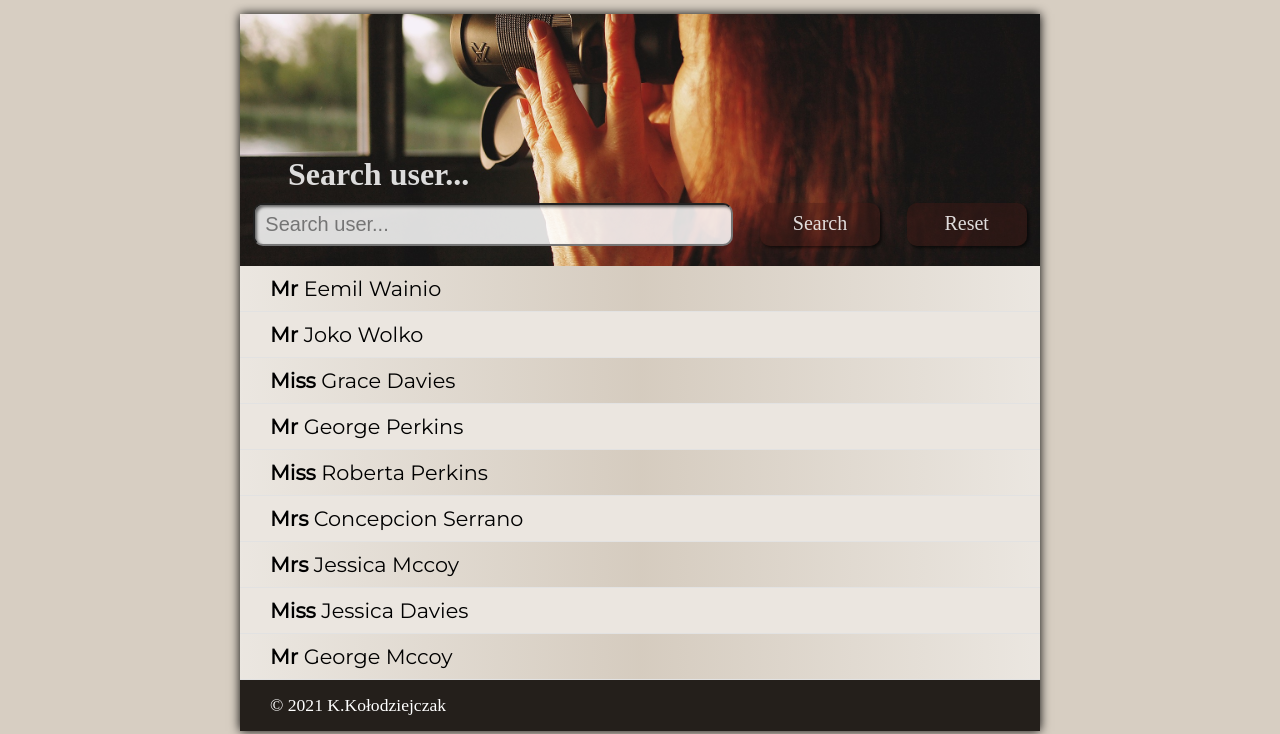
Repository: KrzysKolo/sr_tydzien5_zad4
Page: /
The author's editor kept a copy of each file at every save. The page is drawn from the files as they stood at one save, then again after a run of saves.
The browser window is 1280 px wide. The pictures show the whole page.
Some web fonts or font styles are not loaded; a fallback is used. The project was rebuilt for these pictures with package versions that can differ from the ones it lists, and the page was loaded fresh each time. Also part of the build but not shown: src/components/userContainerComponents/Error.js.

Above is the page before, as saved 2021-01-04 19:41:54.

### public/index.html
<!DOCTYPE html>
<html lang="en">
  <head>
    <meta charset="utf-8" />
    <link rel="icon" href="%PUBLIC_URL%/favicon.ico" />
    <meta name="viewport" content="width=device-width, initial-scale=1" />
    <meta name="theme-color" content="#000000" />
    <meta
      name="description"
      content="Web site created using create-react-app"
    />
    <link rel="apple-touch-icon" href="%PUBLIC_URL%/logo192.png" />
    <!--
      manifest.json provides metadata used when your web app is installed on a
      user's mobile device or desktop. See https://developers.google.com/web/fundamentals/web-app-manifest/
    -->
    <link rel="manifest" href="%PUBLIC_URL%/manifest.json" />
    <!--
      Notice the use of %PUBLIC_URL% in the tags above.
      It will be replaced with the URL of the `public` folder during the build.
      Only files inside the `public` folder can be referenced from the HTML.

      Unlike "/favicon.ico" or "favicon.ico", "%PUBLIC_URL%/favicon.ico" will
      work correctly both with client-side routing and a non-root public URL.
      Learn how to configure a non-root public URL by running `npm run build`.
    -->
    <link rel="preconnect" href="https://fonts.gstatic.com">
<link href="https://fonts.googleapis.com/css2?family=Finger+Paint&family=Montserrat&family=Over+the+Rainbow&family=Peralta&display=swap" rel="stylesheet">
    <title>User search</title>
  </head>
  <body>
    <noscript>You need to enable JavaScript to run this app.</noscript>
    <div id="root"></div>
    <!--
      This HTML file is a template.
      If you open it directly in the browser, you will see an empty page.

      You can add webfonts, meta tags, or analytics to this file.
      The build step will place the bundled scripts into the <body> tag.

      To begin the development, run `npm start` or `yarn start`.
      To create a production bundle, use `npm run build` or `yarn build`.
    -->
  </body>
</html>

### src/App.js
import React from 'react';
import UsersContainer from './components/UsersContainer';
import './App.css';


const App = () => {

  return (
    <>
      <UsersContainer/>
    </>
  )
}

export default App;

### src/components/UsersContainer.js
import React, { useState, useEffect } from 'react';
import { Header, UserList, Footer, Error } from './userContainerComponents/'


const UsersContainer = () => {

  const UsersAPI = '/users.json';

  const [ users, setUsers ] = useState([]);
  const [loading, setLoading] = useState(false);
  const [isErr, setIsErr] = useState(false);
  const [search, setSearch] = useState("");
  const [filter, setFilter] = useState([]);


  const handleChange = (e) => {
      const value = e.target.value.toLowerCase();
      setSearch(value);
      console.log(value);
    };

    const handleSubmit = (e) => {
        console.log("klikm ;)");
      e.preventDefault();
      if (search !== "") {
      console.log(`sent ${search}`);
      } else {
        setIsErr("Enter username!!");
      }
      };

    const handleReset = () => {
      setSearch('');
    };

  useEffect(() => {
    setLoading(true);
    fetch(UsersAPI)
    .then(res => {
      if (res.ok) {
        return res;
      }
      throw Error(res.status);
    })
      .then(res => res.json())
      .then(data => {
        console.log(data.users);
        setUsers(data.users);
        setLoading(false);
      })
      .catch(error => setIsErr(`The problem is with: ${error}`))
    }, []);

  /*  useEffect(() => {
      setFilteredUsers(
        users.filter((user) =>
          user.name.toLowerCase().includes(search.toLowerCase())
        )
      );
    }, [search, users]);
 */
   return (
        <section>
					<Header handleChange={handleChange} handleSubmit={handleSubmit} handleReset={handleReset} search={search} />
          <UserList loading={loading} users={users}  />
          { isErr && <Error isErr={isErr}/> }
          <Footer />
        </section>
    )
}

export default UsersContainer;

### src/App.css
* {
  box-sizing: border-box;
  padding: 0;
  margin: 0;
}
body {
  height: 100vh;
  width: 100vw;
  background-color: rgba(206, 194, 179, 0.8);
}
section {
  margin: 2vh auto;
  width: 70%;
  max-width: 800px;
  display: flex;
  flex-direction: column;
  box-shadow: 0 0 10px #000;
}
.header__section {
  height: 35vh;
  background-image: url("./images/girl.jpg");
  background-position: center;
  background-size: cover;
  display: flex;
  flex-direction: column;
  justify-content: flex-end;
}
.header__title {
  font-size: 2rem;
  font-family: "Peralta", cursive;
  margin: 0 auto 10px 3rem;
  color: rgba(255, 255, 255, 0.85);
}
.header__search-wrapper {
  width: 100%;
  margin-bottom: 20px;
  display: flex;
  justify-content: space-around;
}
.header__search {
  padding: 8px 10px;
  width: 60%;
  border-radius: 10px;
  background-color: rgba(255, 255, 255, 0.85);
  box-shadow: inset 2px 2px 3px 0px rgba(0, 0, 0, 0.55);
  font-size: 20px;
}
.header__search-btn {
  background: rgba(71, 26, 20, 0.4);
  color: rgba(255, 255, 255, 0.85);
  width: 15%;
  border-radius: 10px;
  box-shadow: 2px 2px 3px 0px rgba(0, 0, 0, 0.55);
  font-size: 20px;
  text-align: center;
  line-height: 40px;
  transition: 0.2s all ease;
  cursor: pointer;
}
.header__search-btn:hover {
  background: rgba(65, 28, 24, 1);
}
.user {
  font-size: 1.3rem;
  font-family: "Montserrat", sans-serif;
  padding: 10px 30px;
  list-style: none;
  border-bottom: 1px solid rgb(226, 226, 226);
  background-color: rgba(255, 255, 255, 0.5);
}
.user:nth-child(odd) {
  background: linear-gradient(
    90deg,
    rgba(255, 255, 255, 0.5) 0%,
    rgba(206, 194, 179, 0.2) 50%,
    rgba(255, 255, 255, 0.5) 100%
  );
}
.footer__wrapper {
  background-color: rgb(36, 31, 27);
  color: white;
  font-size: 1.1rem;
  padding: 10px 30px;
  width: 100%;
  height: 7vh;
  display: flex;
  align-items: center;
}
.error {
  color: rgb(195, 1, 4);
  padding: 10px;
  text-align: center;
  font-size: 1.2rem;
}

### src/components/userContainerComponents/index.js
export { default as Footer } from './Footer';
export { default as Header } from './Header';
export { default as UserList } from './UserList';
export { default as Error } from './Error';
export { default as Loading } from './Loading';

### src/components/userContainerComponents/Footer.js
import React from 'react';

const Footer = () => {
    return (
        <div className="footer__wrapper">
           © 2021 K.Kołodziejczak
        </div>
    )
}

export default Footer;

### src/components/userContainerComponents/Header.js
import React from 'react';
import { Button, Input } from './../formComponents/'
const Header = ({ search, handleSubmit, handleChange, handleReset }) => {
   return (
        <div className="header__section">
            <h1 className="header__title">Search user...</h1>
            <form className="header__search-wrapper" onSubmit={handleSubmit}>
                <Input type="text" search={search} onChange={handleChange} />
                <Button values="Search" onClick ={handleSubmit}/>
                <Button values="Reset" onClick={handleReset} />
            </form>
        </div>
    )
}

export default Header;

### src/components/userContainerComponents/UserList.js
import React from 'react';
import Loading from './Loading';

const UserList = ( { loading, users }) => {

    const user = users.map(user => (
        <li className="user" key={user.id}><b>{user.title}</b> {user.first} {user.last}</li>
      ))
    return (
        loading ? <Loading /> : <ul>{user}</ul>
    )
}

export default UserList;

### src/components/userContainerComponents/Loading.js
import React from 'react';
import spinner from './../../images/spinner.gif'
const Loading = () => {
    return (
        <img src={spinner} style={{width: 200, margin: 'auto', display: 'block'}} alt="Loading"/>
     );
}

export default Loading;

### src/components/formComponents/index.js
export { default as Button} from './Button';
export { default as Input } from './Input';

### src/components/formComponents/Button.js
import React from 'react';

const Button = ({ values, onClick }) => {
    return (
        <div className="header__search-btn" onClick={onClick}>
            {values}
        </div>
    )
}

export default Button;

### src/components/formComponents/Input.js
import React from 'react';

const Input = ({ type, search, onChange }) => {
    return (
        <>
          <input className="header__search" type={type} value={search} onChange={onChange} placeholder="Search user..." />
        </>
    )
}

export default Input;

### public/users.json
{
    "users": [
      {
        "id": 1,
        "title": "Mr",
        "first": "Eemil",
        "last": "Wainio"
       },
      {
        "id": 2,
        "title": "Mr",
        "first": "Joko",
        "last": "Wolko"
      },
      {
        "id": 3,
        "title": "Miss",
        "first": "Grace",
        "last": "Davies"
      },
      {
        "id": 4,
        "title": "Mr ",
        "first": "George ",
        "last": "Perkins"
      },
      {
        "id": 5,
        "title": "Miss",
        "first": "Roberta ",
        "last": "Perkins"
      },
      {
        "id": 6,
        "title": "Mrs ",
        "first": "Concepcion ",
        "last": "Serrano"
      },
      {
        "id": 7,
        "title": "Mrs ",
        "first": "Jessica ",
        "last": "Mccoy"
      },
      {
        "id": 8,
        "title": "Miss",
        "first": "Jessica",
        "last": "Davies"
      },
      {
        "id": 9,
        "title": "Mr",
        "first": "George",
        "last": "Mccoy"
      }
    ]
  }

Loaded but not shown: src/index.js (common file)

After the next 4 saves:
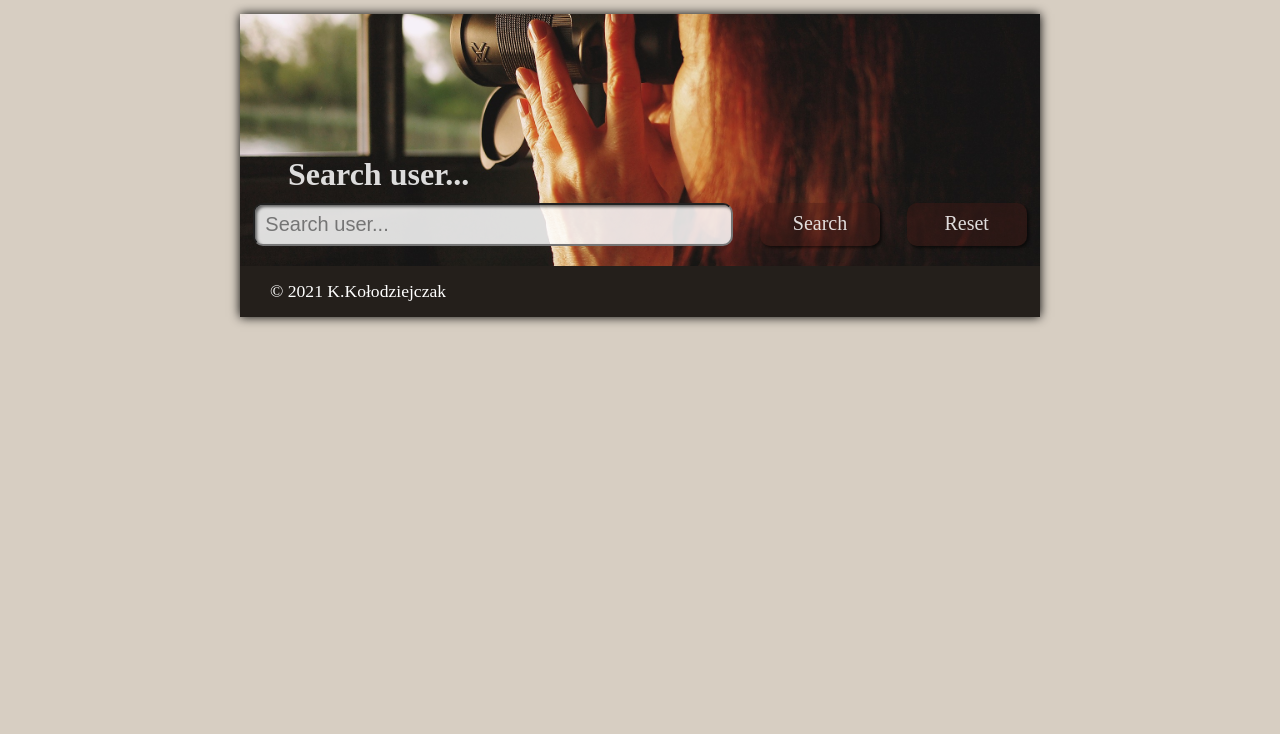
The 4 saves are shown as one change because 3 did not build or start.
The last was saved 6 min 38 s later.
--- a/src/components/UsersContainer.js
+++ b/src/components/UsersContainer.js
@@ -24,6 +24,7 @@ const UsersContainer = () => {
       e.preventDefault();
       if (search !== "") {
       console.log(`sent ${search}`);
+      filter(users, search);
       } else {
         setIsErr("Enter username!!");
       }
@@ -33,32 +34,8 @@ const UsersContainer = () => {
       setSearch('');
     };
 
-  useEffect(() => {
-    setLoading(true);
-    fetch(UsersAPI)
-    .then(res => {
-      if (res.ok) {
-        return res;
-      }
-      throw Error(res.status);
-    })
-      .then(res => res.json())
-      .then(data => {
-        console.log(data.users);
-        setUsers(data.users);
-        setLoading(false);
-      })
-      .catch(error => setIsErr(`The problem is with: ${error}`))
-    }, []);
 
-  /*  useEffect(() => {
-      setFilteredUsers(
-        users.filter((user) =>
-          user.name.toLowerCase().includes(search.toLowerCase())
-        )
-      );
-    }, [search, users]);
- */
+
    return (
         <section>
 					<Header handleChange={handleChange} handleSubmit={handleSubmit} handleReset={handleReset} search={search} />

After the 4 saves that followed:
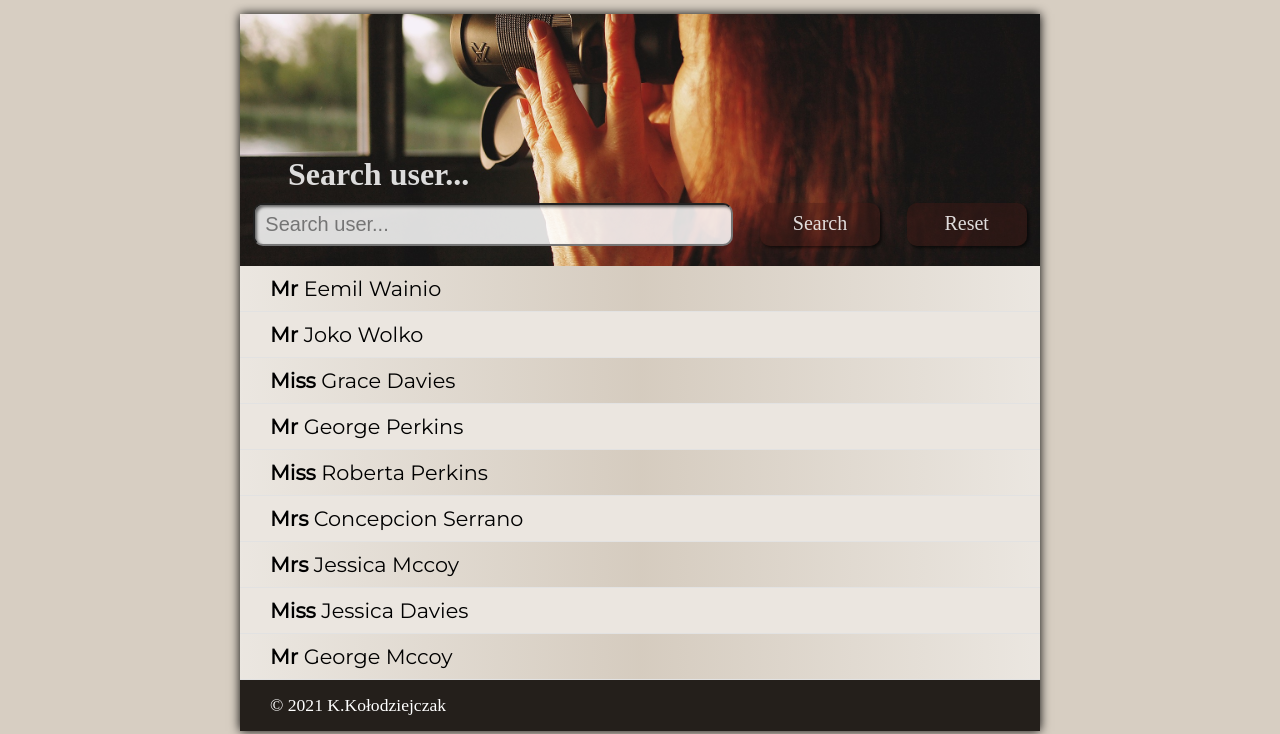
The 4 saves are shown as one change because 3 did not build or start.
The last was saved 3 min 34 s later.
--- a/src/components/UsersContainer.js
+++ b/src/components/UsersContainer.js
@@ -12,6 +12,36 @@ const UsersContainer = () => {
   const [search, setSearch] = useState("");
   const [filter, setFilter] = useState([]);
 
+
+  useEffect(() => {
+    setLoading(true);
+    fetch(UsersAPI)
+    .then(res => {
+      if (res.ok) {
+        return res;
+      }
+      throw Error(res.status);
+    })
+      .then(res => res.json())
+      .then(data => {
+        console.log(data.users);
+        setUsers(data.users);
+        setLoading(false);
+      })
+      .catch(error => setIsErr(`The problem is with: ${error}`))
+    }, []);
+
+   useEffect(() => {
+     if ( search.trim() === ""){
+       setFilter(users);
+       return;
+     }
+    setFilter(
+        users.filter((user) =>
+          user.name.toLowerCase().includes(search.toLowerCase())
+        )
+      );
+    }, [search, users]);
 
   const handleChange = (e) => {
       const value = e.target.value.toLowerCase();
